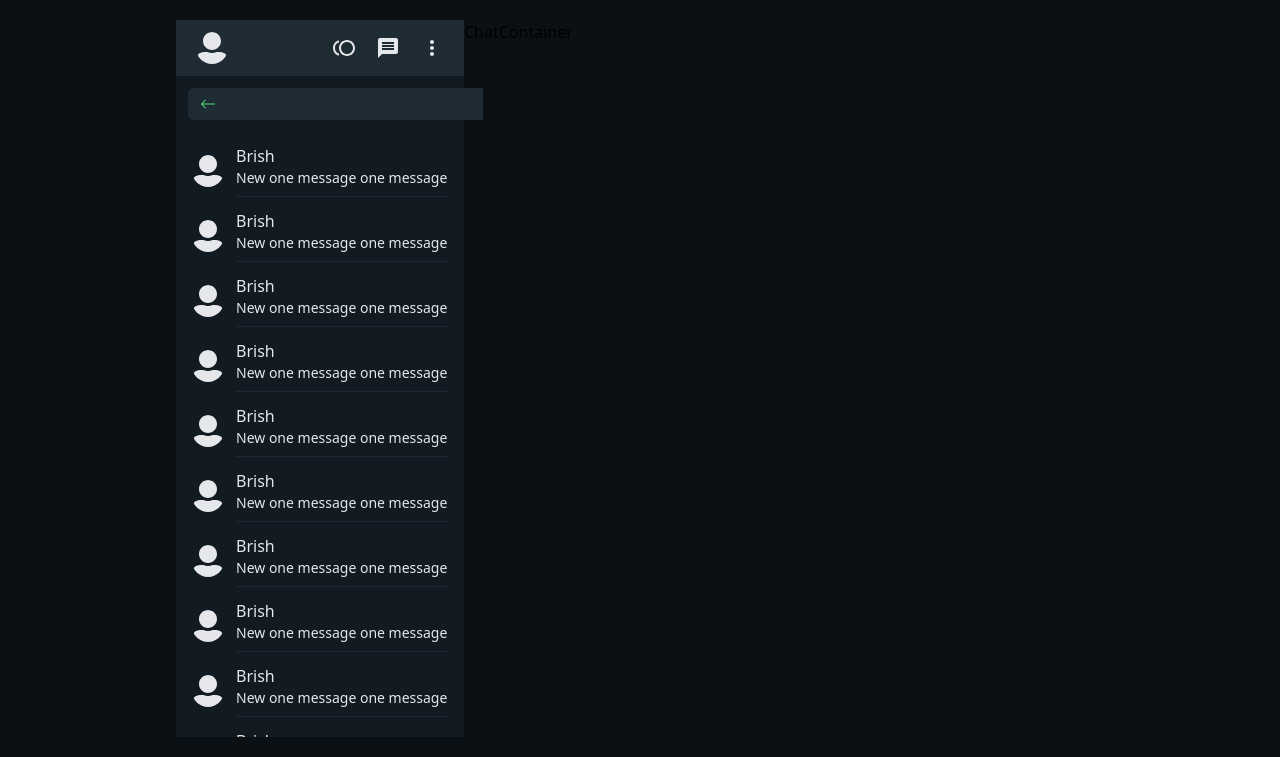
Repository: satya-ranjon/whatsapp-clone-dev
Page: /
These files come from the project's save history. The page is drawn as it stood at one moment and after the next save; the edit follows.
The browser window is 1280 px wide. The pictures show the whole page.
The project was rebuilt for these pictures with package versions that can differ from the ones it lists, and the page was loaded fresh each time.

Above is the page before, as saved 2022-04-09 07:29:56.

### src/index.js
import * as ReactDOMClient from "react-dom/client";
import { BrowserRouter } from "react-router-dom";
import App from "./App";
import "./index.css";

const root = ReactDOMClient.createRoot(document.getElementById("root"));
root.render(
  <BrowserRouter>
    <App />
  </BrowserRouter>
);

### src/App.js
import ChatContainer from "./Components/ChatContainer";
import SideBar from "./Components/SideBar";

function App() {
  return (
    <div className="lg:p-5 lg:px-44 bg-[#0a1014] flex">
      <SideBar />
      <ChatContainer />
    </div>
  );
}

export default App;

### src/index.css
@tailwind base;
@tailwind components;
@tailwind utilities;

.hoverEf {
  overflow: hidden;
  right: -100%;
  transition: all 0.4s;
}

.hoverbtn:hover .hoverEf {
  right: -0%;
}

### src/Components/ChatContainer.jsx
import React from "react";

export default function ChatContainer() {
  return <div>ChatContainer</div>;
}

### src/Components/SideBar.jsx
import React from "react";
import { MdToll, MdMoreVert, MdMessage } from "react-icons/md";
import { FaUserAlt } from "react-icons/fa";
import SideBarUseList from "./SideBarUseList";

export default function SideBar() {
  return (
    <div className="w-72">
      <div className="flex justify-between font-semibold text-2xl px-5 py-3 bg-[#202c33] text-gray-200">
        <div>
          <FaUserAlt className="rounded-full w-8 h-8" />
          {/* <img
            className="rounded-full w-8 h-8 "
            src="https://images.pexels.com/photos/220453/pexels-photo-220453.jpeg?cs=srgb&dl=pexels-pixabay-220453.jpg&fm=jpg"
            alt=""
          /> */}
        </div>
        <div className="flex justify-between space-x-5 cursor-pointer my-auto">
          <MdToll />
          <MdMessage />
          <MdMoreVert />
        </div>
      </div>
      <SideBarUseList />
    </div>
  );
}

### src/Components/SideBarUseList.jsx
import React, { useState } from "react";
import { FaUserAlt } from "react-icons/fa";
import { BsChevronDown, BsArrowLeft } from "react-icons/bs";
import { AiOutlineSearch } from "react-icons/ai";

const array = [
  1, 1, 1, 1, 1, 1, 1, 1, 1, 1, 1, 1, 1, 1, 1, 1, 1, 1, 1, 1, 1, 1, 1, 1, 1, 1,
  1, 1, 1, 1, 1, 1, 1, 1, 1, 1, 1, 1, 1, 1, 1, 1, 1, 1, 1, 1, 1, 1, 1, 1, 1, 1,
  1, 1, 1, 1, 1, 1, 1, 1, 1, 1, 1, 1, 1, 1, 1, 1, 1,
];

export default function SideBarUseList() {
  const [toogle, setToogle] = useState(true);

  return (
    <>
      <div className="bg-[#111b21] flex justify-center p-3">
        <div
          className="pl-14 rounded-md w-full bg-[#202c33] relative"
          onClick={() => setToogle(true)}
          onMouseOut={() => setToogle(false)}
        >
          <input
            type="text"
            id="search"
            className="bg-[#202c33]  p-1 outline-none text-gray-300  "
          />
          <label
            htmlFor="search"
            className="absolute left-3 bottom-2 text-gray-300 my-auto"
          >
            {(toogle && (
              <BsArrowLeft className="text-green-400 font-semibold" />
            )) || <AiOutlineSearch />}
          </label>
        </div>
      </div>
      <div className="bg-[#111b21] overflow-y-scroll scroll-my-1 h-[88vh] lg:h-[84vh] scrollbar scrollbar-thumb-gray-400 scrollbar-thin text-gray-200 duration-500 transition-all">
        {array.map((i, index) => (
          <div
            key={index}
            className="px-4 py-3 pb-0 flex justify-start hover:bg-[#2a394294] cursor-pointer duration-500 transition-all relative hoverbtn overflow-hidden"
          >
            <div className="my-auto">
              <FaUserAlt className="w-8 h-8 rounded-full" />
            </div>
            <div className="flex flex-col my-auto w-full ml-3 border-b-[1px] border-b-gray-800 pb-2">
              <p>Brish</p>
              <p className="text-sm">New one message one message</p>
            </div>

            <div className=" absolute px-5 bg-[#2a3942a8] bottom-2 text-xl hoverEf">
              <BsChevronDown />
            </div>
          </div>
        ))}
      </div>
    </>
  );
}

### tailwind.config.js
module.exports = {
  content: ["./src/**/*.{js,jsx,ts,tsx}"],
  theme: {
    extend: {},
  },
  plugins: [require("tailwind-scrollbar")],
};

Loaded but not shown: public/index.html (common file)

After the next save:
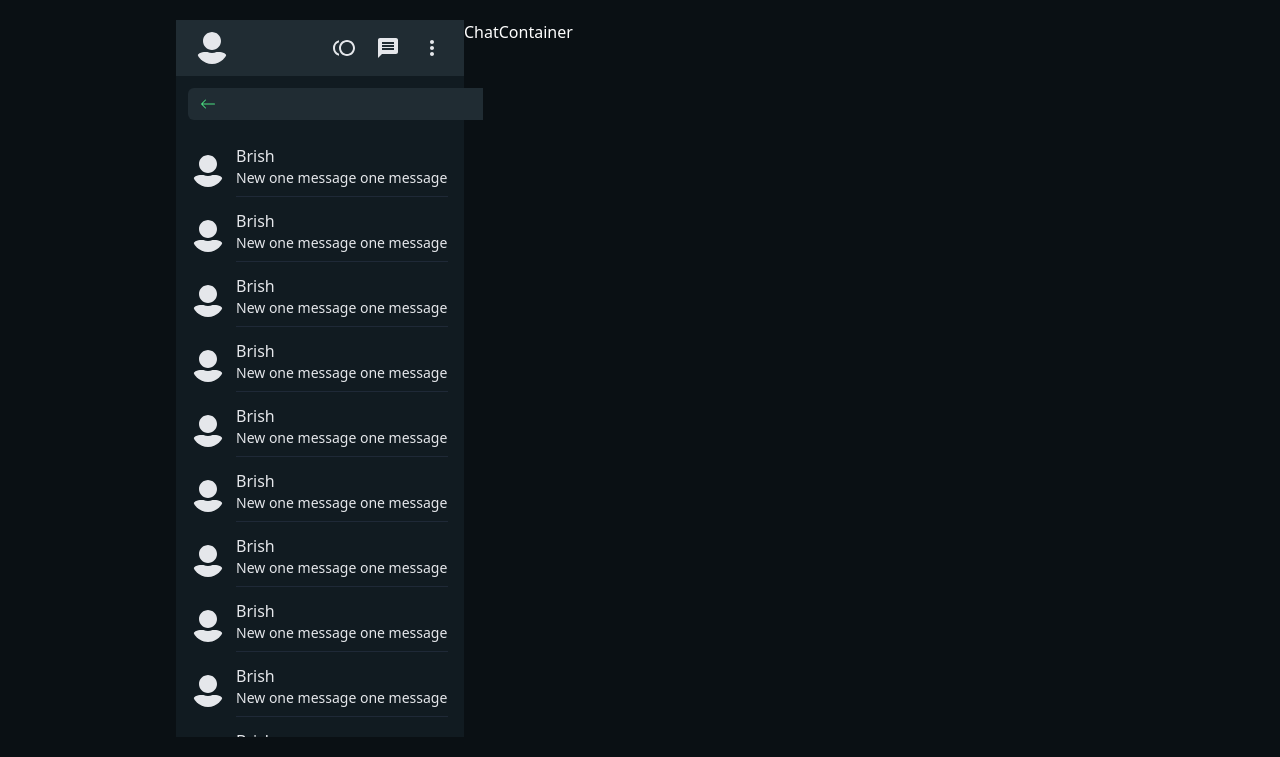
Saved 13 s later.
--- a/src/Components/ChatContainer.jsx
+++ b/src/Components/ChatContainer.jsx
@@ -1,5 +1,5 @@
 import React from "react";
 
 export default function ChatContainer() {
-  return <div>ChatContainer</div>;
+  return <div className="text-white">ChatContainer</div>;
 }
